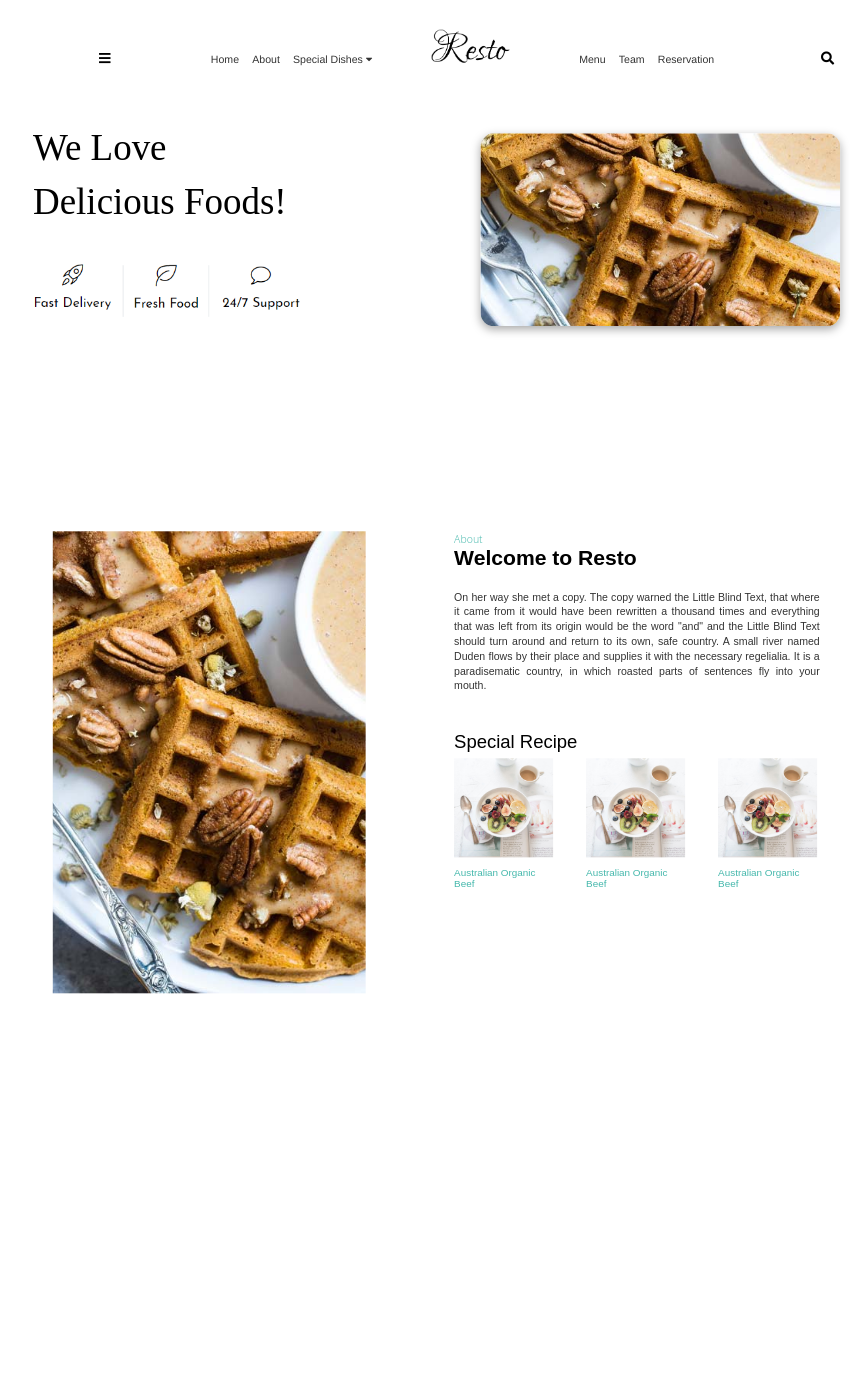
Repository: nguyenanhtuanHDU/myrestaurant
Page: index.html
An editor plug-in stored every save of this project. The page is shown before and after the next save, followed by the edit.
The browser window is 1280 px wide. The page is 1288 px wide, so the pictures cover 1288 px, including what lies to the right of the window. The pictures show the whole page, at 66% of full size.

Above is the page before, as saved 2022-02-01 02:15:00.

### index.html
<!DOCTYPE html>
<html lang="en">
<head>
    <meta charset="UTF-8">
    <meta http-equiv="X-UA-Compatible" content="IE=edge">
    <meta name="viewport" content="width=device-width, initial-scale=1.0">
    <link rel="stylesheet" href="./assets/style.css">
    <link rel="stylesheet" href="./assets/icon/fontawesome-free-5.15.4-web/css/all.css">
    <link rel="stylesheet" href="./assets/main.js">
    <link rel="stylesheet" href="./aos/aos.css">
    <title>Resto</title>

</head>
<body>
    <div id="main">
        <div id="header">

            <i class="fas fa-bars" ></i>

            <ul id="nav_1" >
                <li><a href="">Home</a></li>
                <li><a href="">About</a></li>
                <li>
                <a href="">
                    Special Dishes
                    <i class="fas fa-caret-down"></i>
                </a>
                <ul class="subnav_1">
                    <li><a href="">
                        <i class="fas fa-angle-right"></i>
                        Beef Steak Sauce
                    </a></li>
                    <li><a href="">
                        <i class="fas fa-angle-right"></i>
                        Salmon Zucchini
                    </a></li>
                </ul>
                </li>
            </ul>

            <img src="./assets/image/logo.png" alt="" class="img_header" >

            <div id="nav_2">
                <ul>
                    <li><a href="">Menu</a></li>
                    <li><a href="">Team</a></li>
                    <li><a href="">Reservation</a></li>
                </ul>
            </div>

            <i class="fas fa-search"></i>

        </div>

        <div id="introduce">

            <div class="content">
                <h1 class="content_heading1">We Love</h1>
                <h1 class="content_heading2">Delicious Foods!</h1>
                <div class="list_content">
                    <img src="/assets/image/Content/1.png" alt="" class="img_content">
                    <img src="/assets/image/Content/2.png" alt="" class="img_content">
                    <img src="/assets/image/Content/3.png" alt="" class="img_content">

                </div>

                <div class="slider_dish">
                    <img class="img_dish" src="./assets/image/hero-1.jpg" >
                    <img class="img_dish" src="./assets/image/hero-2.jpg" >
                    <img class="img_dish" src="./assets/image/hero-3.jpg" >
                </div>
            </div>



            <div class="about">
                <img src="./assets/image/hero-2.jpg" alt="" class="img_about">
                <div class="about_content">
                    <div class="about_heading">About</div>
                    <div class="about_title">Welcome to Resto </div>
                    <div class="content_para">On her way she met a copy. The copy warned the Little Blind Text, that where it came from it would have been rewritten a thousand times and everything that was left from its origin would be the word "and" and the Little Blind Text should turn around and return to its own, safe country. A small river named Duden flows by their place and supplies it with the necessary regelialia. It is a paradisematic country, in which roasted parts of sentences fly into your mouth.

                    </div>

                    <div class="about_dish">
                        <div class="dish_title">Special Recipe </div>
                        <div class="list_dish">
                            <div class="dish_items">
                                <img src="./assets/image/hero-1.jpg" alt="" class="dish_img">
                                <div class="dish_name">Australian Organic Beef</div>
                            </div>
                            <div class="dish_items">
                                <img src="./assets/image/hero-1.jpg" alt="" class="dish_img">
                                <div class="dish_name">Australian Organic Beef</div>
                            </div>
                            <div class="dish_items">
                                <img src="./assets/image/hero-1.jpg" alt="" class="dish_img">
                                <div class="dish_name">Australian Organic Beef</div>
                            </div>

                        </div>
                    </div>
                </div>
            </div>
        </div>

        <div id="special">

        </div>

        <div id="menu">

        </div>

        <div id="team">

        </div>

        <div id="book">

        </div>

        <div id="footer">

        </div>
    </div>


    <script src="./assets/main.js">

    </script>
    <script src="./aos/aos.js">
        AOS.init();

    </script>


</body>
</html>

### assets/style.css
*{
    margin: 0;
    padding: 0;
    box-sizing: border-box;
}

#header{

    margin-top: 45px;
    margin-left: 150px;
}
#header .fa-bars:hover{
    color: #45b8ac;
    cursor: pointer;
    transform: rotate(360deg);
    transition: .6s ease;
}
#header .fa-bars{
    display: inline-block;
    margin-right: 140px;
    font-size: 20px;
}
#header .fa-search{
    font-size: 20px;
    margin-left: 150px;
}
#header .fa-search:hover{
    color: #45b8ac;
    cursor: pointer;
    font-size: 30px;
    transition: 0.4s ease;
}
#nav_1{
    display: inline-block;

}
#nav_1 > li {
    display: inline-block;
    position: relative;
}
#nav > li:hover{
    display: block;
}

#nav_1 > li > a {
    position: relative;
    font-family: Helvetica, Arial, sans-serif;
    opacity: 0.8;
    display: block;
    color: black;
    text-decoration: none;
    padding: 6px 8px;
}
#nav_1 > li > a:before {
    content: '';
    position: absolute;
    bottom: 0;
    left: 0;
    background-color: #45b8ac;
    height: 3px;
    width: 0%;
    transition: 0.6s ease ;
}
#nav_1 > li > a:hover:before {
    width: 100%;
}
#nav_1 li:hover .subnav_1{
    display: block;
    animation: subnav-1 1s ease ;
}
@keyframes subnav-1{
    0%{
        opacity: 0;
        left: 100px;
    }
    50%{
        left: -20px;
    }
    100%{
        left: 0;
    }

}
.subnav_1{
    position: absolute;
    top: 30px;
    opacity: 1;
    width: 162px;
    display: none;
    z-index: 2;
    overflow: hidden;
    border-top-right-radius: 19px;
    border-bottom-right-radius: 19px;
    box-shadow: rgba(0, 0, 0, 0.35) 0px 5px 15px;
}
.subnav_1 li{
    display: block;
}
.subnav_1 li a:hover{
    background-color: #45b8ac;
    color: white;
}
.subnav_1 li a{
    position: relative;
    font-family: Helvetica, Arial, sans-serif;
    opacity: 0.8;
    color: black;
    text-decoration: none;
    padding: 6px 8px;
    display: block;
}
.subnav_1 li a:before{
    content: '';
    position: absolute;
    top: 0;
    left: 0;
    background-color: #45b8ac;
    height: 100%;
    width: 0%;
    z-index: -1;
}
.subnav_1 li a:hover:before{
    color: white;
}



.img_header{
    width: 117.25px;
    height: 50px;
    margin-left: 78px;
    margin-right: 94px;
}
#nav_2{
    display: inline-block;
}
#nav_2 li {
    display: inline-block;
}

#nav_2 li a {
    position: relative;
    text-decoration: none;
    color: black;
    font-family: Helvetica, Arial, sans-serif;
    opacity: 0.8;
    padding: 6px 8px;
}
#nav_2 li a:before {
    content: '';
    position: absolute;
    bottom: 0;
    left: 0;
    background-color: #45b8ac;
    height: 3px;
    width: 0%;
    transition: 0.6s ease;
}
#nav_2 li a:hover:before {
    width: 100%;
}
#introduce{
    position: relative;
    height: 2000px;
}
.content{
    position: absolute;
    top: 86px;
    left: 50px;
}
.content_heading1{
    font-size: 3.5rem;
    font-weight: 300;
    line-height: 1.2;
}
.content_heading2{
    font-size: 3.5rem;
    font-weight: 300;
    line-height: 1.2;
    padding-top: 14px;
    padding-bottom: 59px;
}
.slider_dish{

}
.img_dish{
    position: absolute;
    width: 545px;
    height: 292px;
    object-fit: cover;
    top: 11px;
    left: 167%;
    box-shadow: rgba(0, 0, 0, 0.35) 0px 5px 15px;
    border-radius: 20px;
}
.about{
    position: absolute;
    top: 700px;
}
.img_about{
    width: 474px;
    height: 700px;
    object-fit: cover;
    margin-left: 80px;
}
.about_content{
    position: absolute;
    top: 0;
    left: 43em;
    width: 100%;
}
.about_heading{
    color: #45b8ac;
    font-family: 'Open Sans',sans-serif;
    font-weight: 300;
}
.about_title{
    font-family: 'Josefin Sans',sans-serif;
    font-weight: 700;
    font-size: 32px;
    margin-bottom: 30px;
}
.content_para{
    font-family: 'Josefin Sans',sans-serif;
    text-align: justify;
    opacity: 0.8;
    line-height: 1.4;
    margin-bottom: 58px;
}
.about_dish{
    position: absolute;
}
.list_dish{
    display: flex;
}
.dish_items{
    margin-right: 50px;
}
.dish_title{
    font-family: 'Josefin Sans',sans-serif;
    font-weight: 400;
    font-size: 28px;
    margin-bottom: 8px;
}
.dish_img{
    width: 150px;
    height: 150px;
}
.dish_name{
    font-family: 'Josefin Sans',sans-serif;
    font-weight: 400;
    margin-top: 10px;
    font-size: 15px;
    color: #45b8ac;

}

### assets/main.js

var myIndex = 0;
        carousel();

        function carousel() {
          var i;
          var x = document.getElementsByClassName("img_dish");
          for (i = 0; i < x.length; i++) {
            x[i].style.display = "none";
          }
          myIndex++;
          if (myIndex > x.length) {myIndex = 1}
          x[myIndex-1].style.display = "block";
          setTimeout(carousel, 3000);
        }

Loaded but not shown: assets/icon/fontawesome-free-5.15.4-web/css/all.css (library); aos/aos.css (library); aos/aos.js (library)

After the next save:
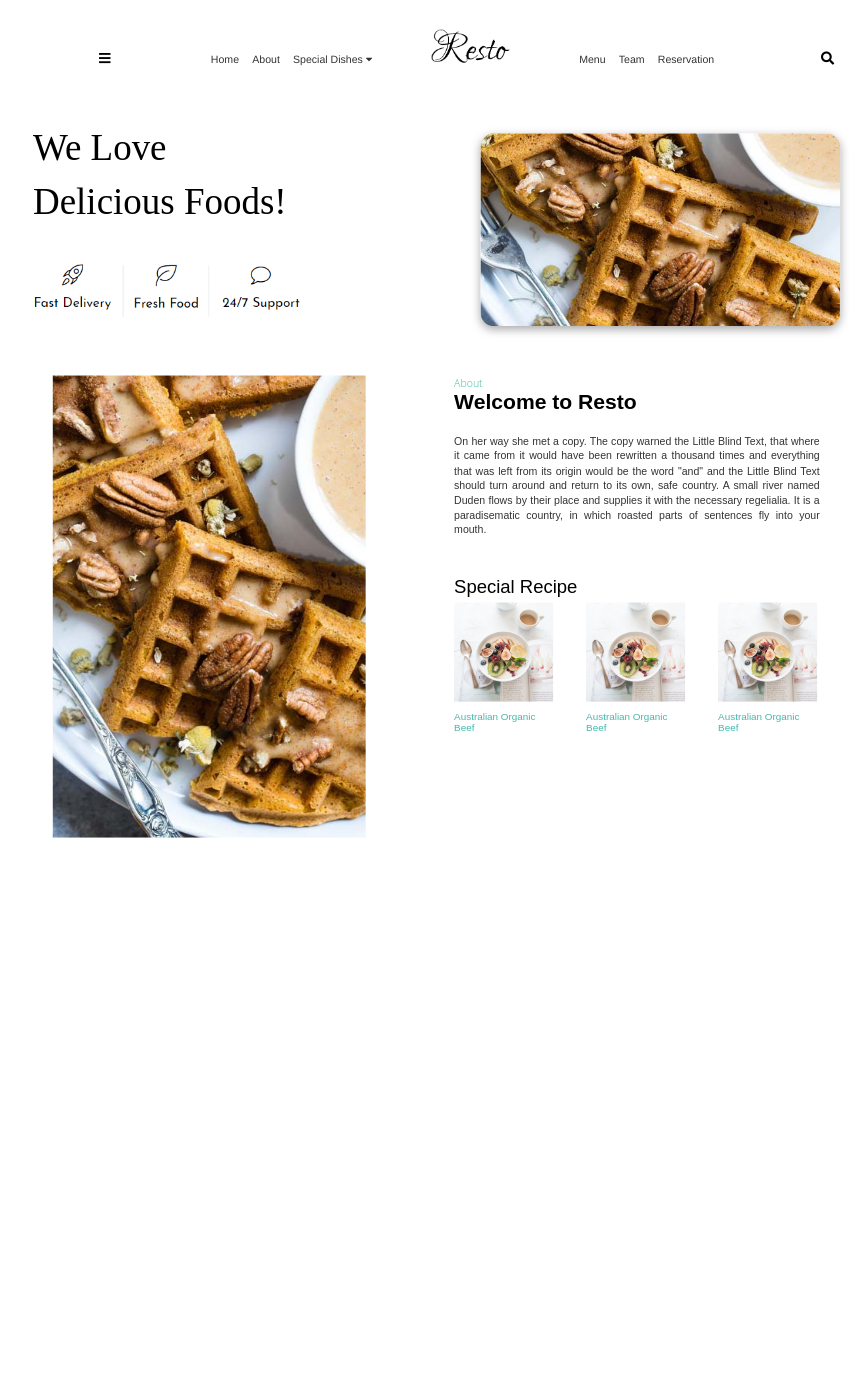
Saved 46 s later.
--- a/assets/style.css
+++ b/assets/style.css
@@ -195,7 +195,7 @@
 }
 .about{
     position: absolute;
-    top: 700px;
+    top: 29em;
 }
 .img_about{
     width: 474px;
